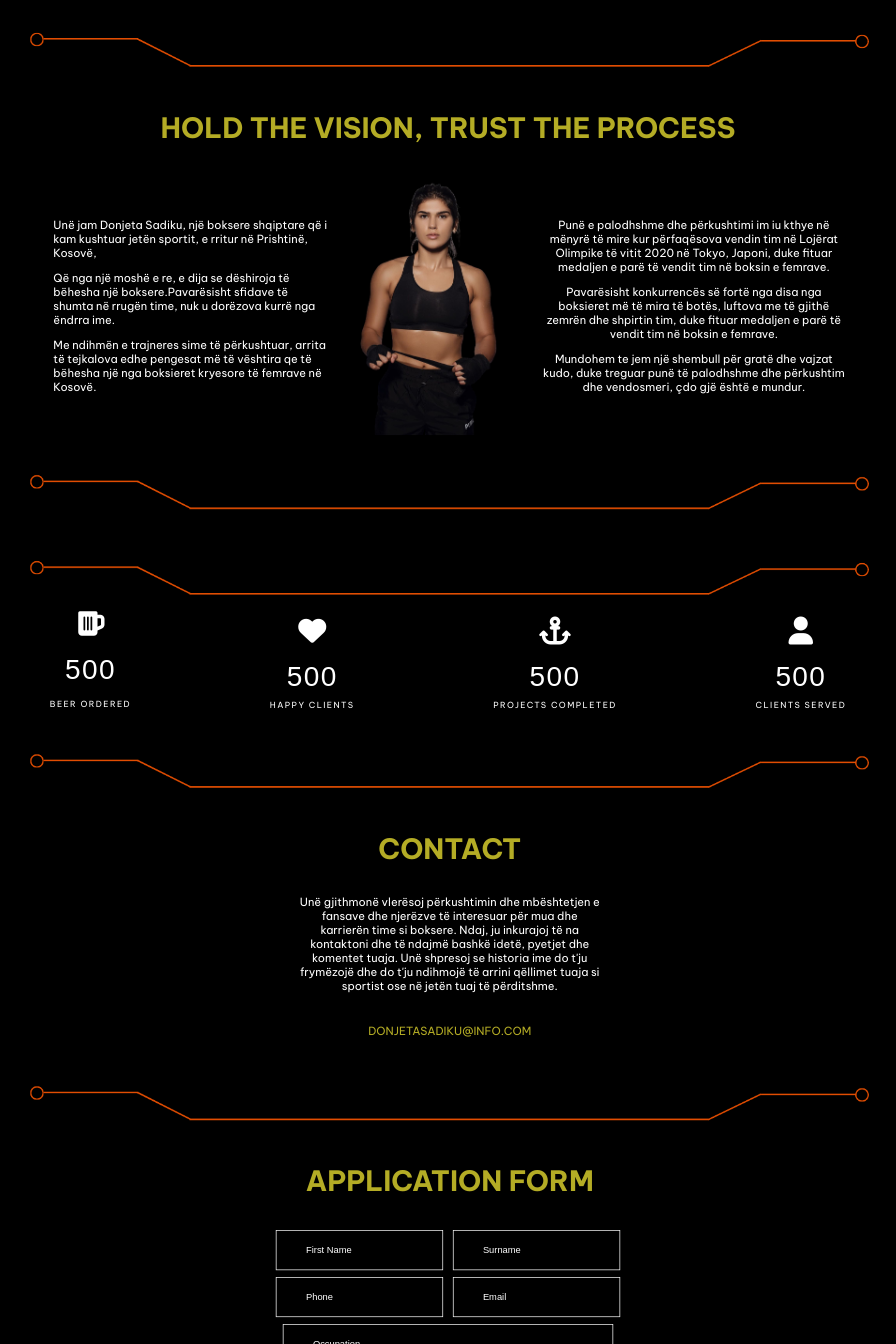
Repository: milot-morina/ds-boxing
Page: DS-Portfolio/index.html
An editor plug-in stored every save of this project. The page is shown before and after the next save, followed by the edit.
The browser window is 1280 px wide. The pictures show the part of the page from y = 1971 to 3891 px (the page is 4370 px tall), at 70% of full size.
A picture or video elsewhere on the page could not be fetched, so the positions and the page height are approximate.

Above is the page before, as saved 2023-03-21 12:03:06.

### DS-Portfolio/index.html
<!DOCTYPE html>
<html lang="en">
<head>
  <meta charset="UTF-8">
  <meta http-equiv="X-UA-Compatible" content="IE=edge">
  <meta name="viewport" content="width=device-width, initial-scale=1.0">
  <title>Donjeta Sadiku</title>
  <link rel="stylesheet" href="style.css">
  <link rel="stylesheet" href="https://cdnjs.cloudflare.com/ajax/libs/font-awesome/6.0.0-beta2/css/all.min.css" integrity="sha512-YWzhKL2whUzgiheMoBFwW8CKV4qpHQAEuvilg9FAn5VJUDwKZZxkJNuGM4XkWuk94WCrrwslk8yWNGmY1EduTA==" crossorigin="anonymous" referrerpolicy="no-referrer" />
  <link rel="icon" href="logofinal.png" type="image/icon type" style="width: 100%;">
  <link href="https://fonts.googleapis.com/css2?family=Be+Vietnam+Pro:wght@400;500;700&display=swap" rel="stylesheet">
</head>
<body>

  <section class="section1" id="home">
    <video muted autoplay loop style="pointer-events: none;">
      <source src="DS-Glitch.mp4" type="video/mp4">
    </video>
    <header class="hidden3">
      <div class="container">
        <nav class="navbar">
          <div class="brand-title">
            <img src="unitetiLogoFinal.png" alt="" width="130px">
          </div>
          <a href="#" class="toggle-button">
            <span class="bar"></span>
            <span class="bar"></span>
            <span class="bar"></span>
          </a>
          <div class="navbar-links">
            <ul>
              <li><a href="#home" class="home-btn">HOME</a></li>
              <li><a href="#club" class="header-club">CLUB</a></li>
              <li><a href="#contact" class="header-link a">CONTACT</a></li>
              <li><a href="#form" class="header-link a">FORM</a></li>
            </ul>
            <div class="socials">
            <i class="fa-brands fa-facebook"><a href="https://www.youtube.com/watch?v=dQw4w9WgXcQ"></a></i>
            <i class="fa-brands fa-instagram"></i>
            <i class="fa-brands fa-youtube"></i>
            <i class="fa-brands fa-app-store-ios"></i>
          </div>
          </div>

        </nav>
      </div>
    </header>
  </section>


  <img src="separator2.png" alt="" width="100%" style="margin-top: 40px;" class="first-seperator">


  <section class="section2 container row" id="club">

    <div class="images hidden2">
      <img src="handsUp.jpg" alt="">
    </div>
    <div class="text hidden">
      <p class="section-h hidden3">HISTORIA SHKRUHET!</p>
      <p class="section2-p hidden3">Nuk ka fjalë për t'u shprehur se sa krenare isha për të përfaqësuar vendin tim në skenën dhe për të marrë medalje ne kete nivel. Ishte një ndjenjë e mrekullueshme të përfaqësosh vendin tënd dhe të ndjehesh si një ambasador i saj në arenën nderkombetare.</p>
      <p class="section2-p hidden3">Në çdo moment të kësaj përvojeje, isha e mbuluar nga emocionet për rëndësinë që kjo ngjarje kishte për popullin tim dhe për boksierët shqiptarë. Nuk ishte thjesht një fitore personale, por ishte një fitore që përfaqësoi përparimin e boksi shqiptar dhe mundësinë e një të ardhme të ndritshme për sportin në vendin tonë.</p>
      <p class="section2-p hidden3">Kur mora medaljen olimpike, ndjeva një ndjenjë të thellë krenarie dhe një ndjesi të vërtetë prej triumfi. Ishte si të isha i gjithë vendlindja ime, duke festuar këtë arritje të madhe me mua. Nuk mund të mendoja për ndonjë gjë më të rëndësishme në atë moment, dhe do të mbaj gjithmonë këtë kujtim në zemrën time.</p>

    </div>

  </section>

  <img src="separator2.png" alt="" width="100%" style="margin-top: 30px;">


  <section class="section3 container">
    <p class="section-h">MEDALJET FLASIN VET!</p>
   <div class="row">
    <div class="text hidden2">
      <p>Viti me i suksesshem ne karrieren time . Solla dy medalje nje evropiane e një botërore. Dëshmova që une Donjeta Sadiku nuk dorërzohem asnjëher përkundrazi nuk kam dyshuar asnjëherë në veten time, mirpo tani po ndihem e kompletuar nën udhëheqjen e trajneres time Marjola Sallauka .</p>
      <p>Tash e tutje luftoj vetëm për medalje Olimpike. Unë besoj në vetën time dhe ju premtoj që me përkrahjen tuaj unë do ti realizoj këto synime . Faleminderit për përkrahje familjes time, Federatës së Boksit. Faleminderit trajnerës Marjola Sallauka për mjeshtërinë që tregon me punën e saj.</p>
    </div>
    <div class="images hidden">
      <img src="DplusMar.jpg" alt="" style="max-width: 640px;">
    </div>
   </div>

  </section>








  <img src="separator2.png" alt="" width="100%" style="margin-top: 30px;">




  <section class="section4 container" id="nft">
    <p class="section-h hidden3">HOLD THE VISION, TRUST THE PROCESS</p>
    <div class="row">
      <div class="text hidden2" style="text-align: left">
        <p>Unë jam Donjeta Sadiku, një boksere shqiptare që i kam kushtuar jetën sportit, e rritur në Prishtinë, Kosovë,
        </p>
        <p>Që nga një moshë e re, e dija se dëshiroja të bëhesha një boksere.Pavarësisht sfidave të shumta në rrugën time, nuk u dorëzova kurrë nga ëndrra ime.
        </p>
        <p>Me ndihmën e trajneres sime të përkushtuar, arrita të tejkalova edhe pengesat më të vështira qe të bëhesha një nga boksieret kryesore të femrave në Kosovë.</p>
      </div>
      <div class="hidden3">
        <div class="column">
          <img src="profilePic.png" alt="" style="width: 300px;">
          <!-- <img src="shadow.png" alt="" style="width: 300px;"> -->
        </div>
      </div>
      <div class="text hidden">
        <p>Punë e palodhshme dhe përkushtimi im iu kthye në mënyrë të mire kur përfaqësova vendin tim në Lojërat Olimpike të vitit 2020 në Tokyo, Japoni, duke fituar medaljen e parë të vendit tim në boksin e femrave.</p>
        <p>Pavarësisht konkurrencës së fortë nga disa nga boksieret më të mira të botës, luftova me të gjithë zemrën dhe shpirtin tim, duke fituar medaljen e parë të vendit tim në boksin e femrave.
        </p>
        <p>
          Mundohem te jem një shembull për gratë dhe vajzat kudo, duke treguar punë të palodhshme dhe përkushtim dhe vendosmeri, çdo gjë është e mundur.
        </p>
      </div>
    </div>

  </section>

  <img src="separator2.png" alt="" width="100%" style="margin-top: 30px;">
  <img src="separator2.png" alt="" width="100%" style="margin-top: 30px;">
  <!-- ktu section i ri -->
  <section class="wow fadeIn animated" style="visibility: visible; animation-name: fadeIn;">
    <div class="container">
      <div class="row">
        <!-- counter -->
        <div class="col-md-3 col-sm-6 bottom-margin text-center counter-section wow fadeInUp sm-margin-bottom-ten animated" data-wow-duration="300ms" style="visibility: visible; animation-duration: 300ms; animation-name: fadeInUp;">
          <i class="fa fa-beer medium-icon"></i>
          <span id="anim-number-pizza" class="counter-number"></span>
          <span class="timer counter alt-font appear" data-to="980" data-speed="7000">280</span>
          <p class="counter-title">Beer Ordered</p>
        </div>
        <!-- end counter -->
        <!-- counter -->
        <div class="col-md-3 col-sm-6 bottom-margin text-center counter-section wow fadeInUp sm-margin-bottom-ten animated" data-wow-duration="600ms" style="visibility: visible; animation-duration: 600ms; animation-name: fadeInUp;">
          <i class="fa fa-heart medium-icon"></i>
           <span class="timer counter alt-font appear" data-to="980" data-speed="7000">98</span>
          <span class="counter-title">Happy Clients</span>
        </div>
        <!-- end counter -->
        <!-- counter -->
        <div class="col-md-3 col-sm-6 bottom-margin-small text-center counter-section wow fadeInUp xs-margin-bottom-ten animated" data-wow-duration="900ms" style="visibility: visible; animation-duration: 900ms; animation-name: fadeInUp;">
          <i class="fa fa-anchor medium-icon"></i>
           <span class="timer counter alt-font appear" data-to="810" data-speed="7000">81</span>
          <span class="counter-title">Projects Completed</span>
        </div>
        <!-- end counter -->
        <!-- counter -->
        <div class="col-md-3 col-sm-6 text-center counter-section wow fadeInUp animated" data-wow-duration="1200ms" style="visibility: visible; animation-duration: 1200ms; animation-name: fadeInUp;">
          <i class="fa fa-user medium-icon"></i>
           <span class="timer counter alt-font appear" data-to="600" data-speed="7000">60</span>
          <span class="counter-title">Clients Served</span>
        </div>
        <!-- end counter -->
      </div>
    </div>
  </section>


  <!-- perfunduon -->
  <img src="separator2.png" alt="" width="100%" style="margin-top: 30px;">

  <section class="section5 container" id="contact">
    <div class="text">
      <p class="section-h">CONTACT</p>
      <p>Unë gjithmonë vlerësoj përkushtimin dhe mbështetjen e fansave dhe njerëzve të interesuar për mua dhe karrierën time si boksere. Ndaj, ju inkurajoj të na kontaktoni dhe të ndajmë bashkë idetë, pyetjet dhe komentet tuaja. Unë shpresoj se historia ime do t'ju frymëzojë dhe do t'ju ndihmojë të arrini qëllimet tuaja si sportist ose në jetën tuaj të përditshme.</p>
      <p style="color: #B4AC25; margin-top: 45px;">DONJETASADIKU@INFO.COM</p>
    </div>
  </section>






 <img src="separator2.png" alt="" width="100%" style="margin-top: 30px;">

  <section class="section6 container" id="form">
    <div class="text">
      <p class="section-h">APPLICATION FORM</p>
    </div>
    <form action="#">
      <div class="form-row">
        <input type="text" placeholder="First Name">
        <input type="text"placeholder="Surname">
      </div>
      <div class="form-row">
        <input type="text" placeholder="Phone">
        <input type="email" placeholder="Email">
      </div>
      <div class="long-inputs-form">
        <input type="text" placeholder="Occupation"><br>
        <input type="text" placeholder="Message" style="padding-block: 40px;">
      </div>
    </form>
    <button class="home-btn">Apply</button>
    <div class="socials" style="margin-block: 40px;">
      <a href="https://www.facebook.com/your-page"><i class="fa-brands fa-facebook"></i></a>
      <a href="https://www.instagram.com/donjetasadikuofficial/"><i class="fa-brands fa-instagram"></i></a>
      <a href="https://www.youtube.com/channel/your-channel"><i class="fa-brands fa-youtube"></i></a>
      <!-- <a href="https://apps.apple.com/your-app"><i class="fa-brands fa-app-store-ios"></i></a> -->
    </div>


    <div class="text" style="margin-bottom: 40px;">
      <p>Copyright © - 2023 - Donjeta Sadiku </p>
    </div>


    <div style="background-color: rgba(0, 0, 0, 0.2); display: flex; justify-content: center; align-items: center;">
      <a class="navbar-brand" href="https://www.reetech.ch/">
        <img src="reetech.png" width="185" height="105" class="d-inline-block align-top" alt="">
      </a>
    </div>

  </section>




  <script src="script.js"></script>
</body>
</html>

### DS-Portfolio/style.css
html {
  scroll-behavior: smooth;
  transition: 2s;
  overflow-x: hidden;
}

body {
  text-align: center;
  overflow-x: hidden;
  font-family: 'Be Vietnam Pro', sans-serif;
  background-color: black !important;
}

/* header----*/


/*  */



/* #Fun Facts
================================================================================= */


.counter-section i { display:block; margin:0 0 10px}
.counter-section span.counter { font-size:40px; color: #fff; line-height:60px; display:block; font-family: "Oswald",sans-serif; letter-spacing: 2px}
.counter-title{ font-size:12px; letter-spacing:2px; text-transform: uppercase ;color: #fff;}
.counter-icon {top:25px; position:relative}
.counter-style2 .counter-title {letter-spacing: 0.55px; float: left;}
.counter-style2 span.counter {letter-spacing: 0.55px; float: left; margin-right: 10px;}
.counter-style2 i {float: right; line-height: 26px; margin: 0 10px 0 0}
.counter-subheadline span {float: right;}

.medium-icon {
    font-size: 40px !important;
    margin-bottom: 15px !important;
}

.container{
    margin-top:200px;
}



/*  */


header {
  background-color: transparent;
  width: 100%;
  position: absolute;
  top: 0;
  left: 0;

  z-index: 100;
}


.navbar {
  display: flex;
  flex-direction: column;
  justify-content: space-between;
  align-items: flex-start;
  color: black;
}



.navbar-links {
  width: 100%;
  display: none;
}

.navbar-links ul {
  margin: 0;
  padding: 0;
  display: flex;
  flex-direction: column;
  width: 100%;
  text-align: center;
}

.navbar-links li {
  list-style: none;
  font-size: 15px;

}

.navbar-links li a {
  text-decoration: none;
  color: white;

  display: block;
}


.toggle-button {
  position: absolute;
  top: .75rem;
  right: 1rem;
  display: flex;
  flex-direction: column;
  justify-content: space-between;
  width: 31px;
  height: 21px;
}

.bar {
  width: 100%;
  height: 3px;
  background-color: white;
  border-radius: 10px;
}

.navbar-links.active {
  display: flex;
  flex-direction: column;
  background-color: transparent;
}

i {
  color: white;
}

i:hover {
  color: #B4AC25;
  cursor: pointer;
}



video {
  width: 100%;
  position: relative;
  height: auto;
  pointer-events: none;
  display: none;
}



.socials {
  width: 47%;
  display: block;
  margin: 5px auto;
  text-align: center;
}

i {
  margin-left: 12px;
  font-size: 24px;
}


.header-club {
  color: white;
  padding-inline: 10px;
  margin-top: 5px;
  max-width: 80px;
  display: block;
  margin-inline: auto;
  font-weight: 700;
}


.header-club:hover {
  color: white;
  border-color: #B4AC25;

}

.home-btn {
  color: white;
  padding-inline: 10px;
  margin-top: 5px;
  max-width: 80px;
  display: block;
  margin-inline: auto;
  font-weight: 700;
}

.home-btn:hover {
  color: white;
  border-color: white;
  background-color: transparent;
  cursor: pointer;
}


.header-link {
  color: white;
  padding-inline: 10px;
  margin-top: 5px;
  max-width: 80px;
  display: block;
  margin-inline: auto;
  font-weight: 700;
}

.header-link:hover {
  color: #B4AC25;
}

a {
  position: relative;
}

a::after {
  content: " ";
  position: absolute;
  background-color: #B4AC25;
  height: 3px;
  width: 0;
  left: 0;
  bottom: -10px;
  transition: 0.3s;
}

a:hover::after {
  width: 100%;
}





/*---------------header-----------*/




/*---------------------- collapsible table ------------------------*/

.main-collapsible {
  background-color: transparent;
  color: black;
  width: 100%;
  margin-inline: auto;
  margin-block: 120px 40px;
}



.container-collapsible {
  width: 100%;
  margin: 0 auto;
  display: flex;
  flex-direction: column;
  align-items: center;
}


hr {
  background-color: white;
  width: 90%;
  display: block;
  margin-inline: auto;
}



.collapsible-button {
  background-color: rgb(24, 24, 24);
  color: gray;
  cursor: pointer;
  padding: 5px;
  width: 93%;
  border-bottom: 1px solid white;
  display: flex;
  align-items: center;
  justify-content: space-between;
  text-align: left;
  outline: none;
  font-size: 15px;
  border: none;
}





.button-name-collapsible {
  color: white;
  text-align: left;
  outline: none;
  font-size: 16px;

}


.button-name-collapsible:hover {
  color: #B4AC25;
}



.collapsible-button:after {
  content: '\002B';
  color: white;
  font-weight: bold;
  float: right;
  margin-left: 5px;
  font-size: 24px;
}

.collapsible-button:hover::after{
  color: #B4AC25;
}

.active:after {
  content: "\2212";
}

.content {
  width: 93%;
  max-height: 0;
  overflow: hidden;
  transition: max-height 0.2s ease-out;
  background-color:  rgb(24, 24, 24);
  color: white;
  margin-bottom: 10px;
}

/*---------------------- collapsible table ------------------------*/



/*----------animations------------*/

.hidden {
  opacity: 0;
  filter: blur(2px);
  transform: translateX(60%);
  transition: all 700ms;
}


.hidden2 {
  opacity: 0;
  filter: blur(2px);
  transform: translateX(-60%);
  transition: all 700ms;
}

.hidden3 {
  opacity: 0;
  filter: blur(2px);
  transform: translateY(-5%);
  transition: all .7s;
}



.show {
  opacity: 1;
  filter: blur(0);
  transform: translateX(0);
}


@media(prefers-reduced-motion) {
  .hidden {
    transition: none;
  }
}

/*--------------animations------------------*/


/*---------main---------------*/

body {
  background-color: black;

}


.container {
  width: 90%;
  margin: 0 auto;
}



.first-seperator {
  display: none;
}

@media(min-width: 687px) and (max-width: 900px) {
  .column {
    display: flex;
    flex-direction: column;
    width: 100%;
    margin-left: 28%;
  }
}


.row2 {
  display: flex;
  align-items: center;
  justify-content: space-between;
}

.section2 {
  margin-top: 70px;
}

.section2 img {
  width: 80%;
  max-width: 500px;
  display: block;
  margin-inline: auto;
}

.text {
  color: white;
  max-width: 440px;
  display: block;
  margin-inline: auto;
}

.text p {
  font-weight: 400;
  margin-left: 5px;
}

.text .section-h,
.section-h {
  font-size: clamp(2.15rem, 2.5rem, 3.2rem);
  color: #B4AC25;
  font-weight: 700;
}

.images img {
  max-width: 550px;
  width: 100%;
}

.section3 .images img {
  width: 100%;
}


input {
  background-color: transparent;
  color: white;
  border: 1px solid white;
  padding: 20px 30px;
  margin: 5px;
  max-width: 410px;
}

input::placeholder {
  color: white;
  padding: 12px;
}

.long-inputs-form > input{
  width: 170px;
}

.section6 button{
  margin-top: 17px;
  padding: 10px 20px;
}

.section6 .socials{
  justify-content: center;
}



@media (min-width: 555px) {
  video {
    display: block;
  }

  .long-inputs-form > input{
    width: 470px;
  }

}


@media(min-width: 865px) {


  .toggle-button {
    display: none;
  }

  .navbar {
    flex-direction: row;
    align-items: center;
    justify-content: space-between;
  }

  .navbar-links  {
    display: flex;
    width: 100%;
    align-items: center;
  }

  .navbar-links ul {
    flex-direction: row;
    justify-content: center;
  }

  .navbar-links.active {
    flex-direction: row;
  }

  .socials {
    width: 6%;
    display: flex;
    justify-content: right;
  }

  .header-club {
    margin-left: 14px;
  }

}





@media (min-width: 900px) {
  .row {
    display: flex;
    justify-content: space-between;
    align-items: center;
  }

  .div {
    display: flex;
    justify-content: space-between;
    align-items: center;
    width: 100%;
    margin: 0 auto;
  }


  .long-inputs-form > input{
    width: 470px;
  }

}







/*---------------main-------------*/

### DS-Portfolio/script.js
const toggleButton = document.getElementsByClassName('toggle-button')[0]
const navbarLinks = document.getElementsByClassName('navbar-links')[0]

toggleButton.addEventListener('click', () => {
  navbarLinks.classList.toggle('active')
})

//
  // Function to animate the number counters
function animateNumberCounters() {
  // Get all the counter elements
  const counters = document.querySelectorAll('.timer');

  // Loop through the counters
  counters.forEach(counter => {
    // Get the target number from the data-to attribute
    const target = parseInt(counter.getAttribute('data-to'));

    // Set the initial count to zero
    let count = 0;

    // Set the interval to update the count
    const timer = setInterval(() => {
      // Increment the count
      count++;

      // Update the counter element with the new count
      counter.textContent = count;

      // Stop the interval when the target number is reached
      if (count === target) {
        clearInterval(timer);
      }
    }, 10);
  });
}

// Call the animateNumberCounters function when the page is loaded
window.addEventListener('load', animateNumberCounters);


//




const observer = new IntersectionObserver((entries) => {
  entries.forEach((entry) => {
    console.log(entry)
    if (entry.isIntersecting) {
      entry.target.classList.add('show')
    } else {
      entry.target.classList.remove('show')
    }
  })
})

const hiddenElements = document.querySelectorAll('.hidden')
const hiddenElements2 = document.querySelectorAll('.hidden2')
const hiddenElements3 = document.querySelectorAll('.hidden3')
hiddenElements.forEach((el) => observer.observe(el))
hiddenElements2.forEach((el) => observer.observe(el))
hiddenElements3.forEach((el) => observer.observe(el))






//collapbsibleTable
let coll = document.getElementsByClassName("collapsible-button");
let i;

for (i = 0; i < coll.length; i++) {
  coll[i].addEventListener("click", function() {
    this.classList.toggle("active");
    let content = this.nextElementSibling;
    if (content.style.maxHeight){
      content.style.maxHeight = null;
    } else {
      content.style.maxHeight = content.scrollHeight + "px";
    }
  });
}

After the next save:
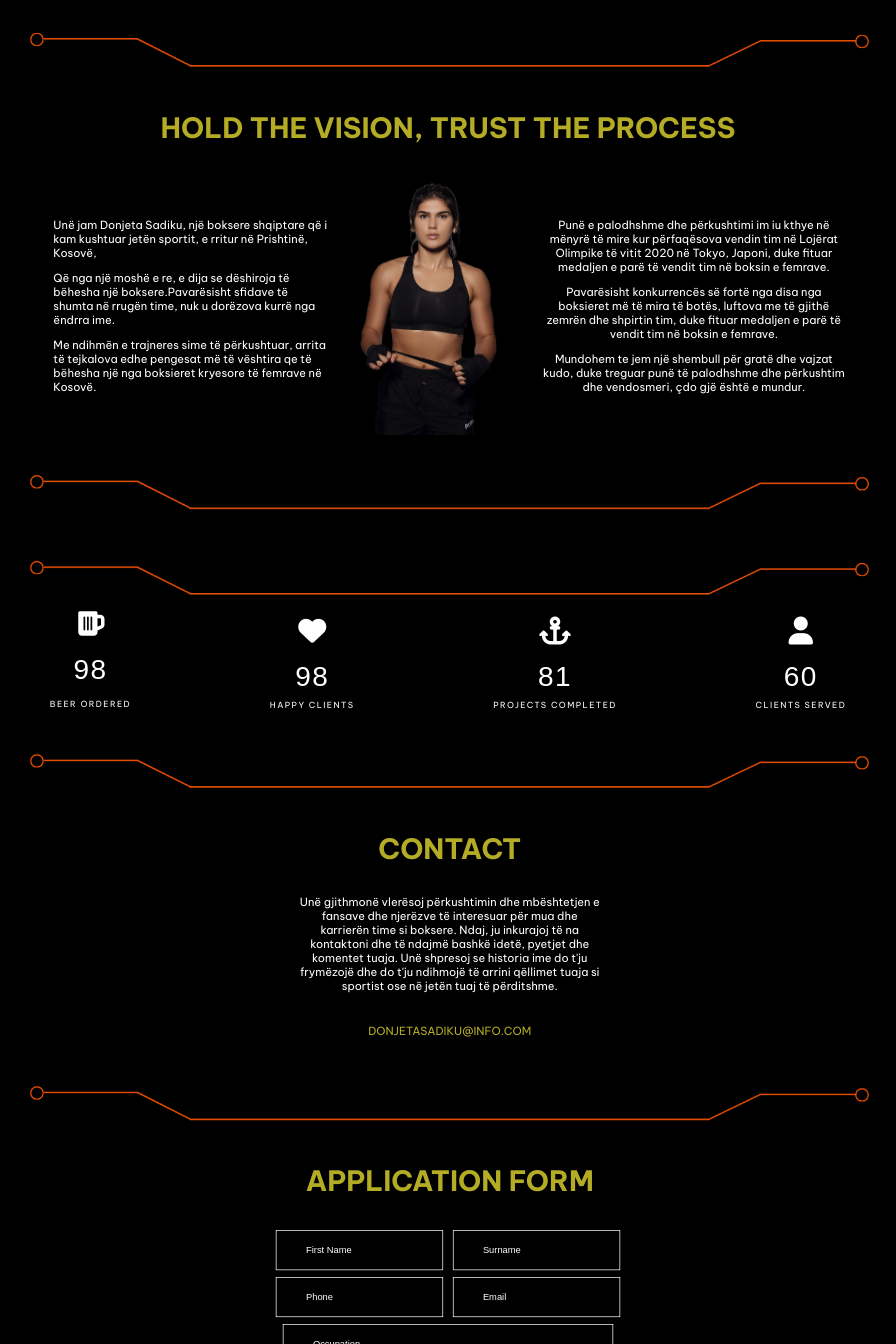
Saved 79 s later.
--- a/DS-Portfolio/index.html
+++ b/DS-Portfolio/index.html
@@ -133,28 +133,28 @@
         <div class="col-md-3 col-sm-6 bottom-margin text-center counter-section wow fadeInUp sm-margin-bottom-ten animated" data-wow-duration="300ms" style="visibility: visible; animation-duration: 300ms; animation-name: fadeInUp;">
           <i class="fa fa-beer medium-icon"></i>
           <span id="anim-number-pizza" class="counter-number"></span>
-          <span class="timer counter alt-font appear" data-to="980" data-speed="7000">280</span>
+          <span class="timer counter alt-font appear" data-to="98" data-speed="7000">280</span>
           <p class="counter-title">Beer Ordered</p>
         </div>
         <!-- end counter -->
         <!-- counter -->
         <div class="col-md-3 col-sm-6 bottom-margin text-center counter-section wow fadeInUp sm-margin-bottom-ten animated" data-wow-duration="600ms" style="visibility: visible; animation-duration: 600ms; animation-name: fadeInUp;">
           <i class="fa fa-heart medium-icon"></i>
-           <span class="timer counter alt-font appear" data-to="980" data-speed="7000">98</span>
+           <span class="timer counter alt-font appear" data-to="98" data-speed="7000">98</span>
           <span class="counter-title">Happy Clients</span>
         </div>
         <!-- end counter -->
         <!-- counter -->
         <div class="col-md-3 col-sm-6 bottom-margin-small text-center counter-section wow fadeInUp xs-margin-bottom-ten animated" data-wow-duration="900ms" style="visibility: visible; animation-duration: 900ms; animation-name: fadeInUp;">
           <i class="fa fa-anchor medium-icon"></i>
-           <span class="timer counter alt-font appear" data-to="810" data-speed="7000">81</span>
+           <span class="timer counter alt-font appear" data-to="81" data-speed="7000">81</span>
           <span class="counter-title">Projects Completed</span>
         </div>
         <!-- end counter -->
         <!-- counter -->
         <div class="col-md-3 col-sm-6 text-center counter-section wow fadeInUp animated" data-wow-duration="1200ms" style="visibility: visible; animation-duration: 1200ms; animation-name: fadeInUp;">
           <i class="fa fa-user medium-icon"></i>
-           <span class="timer counter alt-font appear" data-to="600" data-speed="7000">60</span>
+           <span class="timer counter alt-font appear" data-to="60" data-speed="7000">60</span>
           <span class="counter-title">Clients Served</span>
         </div>
         <!-- end counter -->
